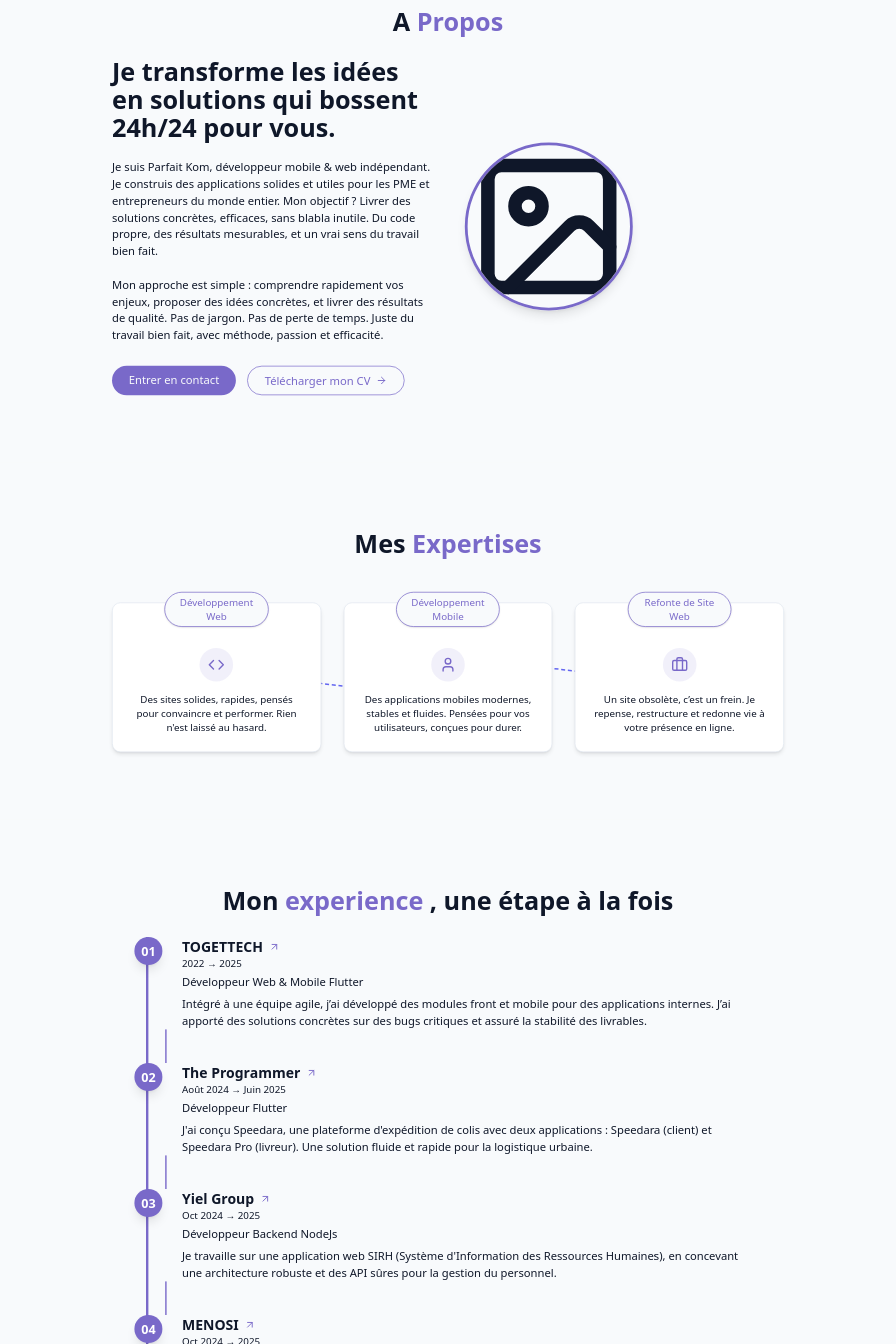
Repository: KOMI18/komi-folio
Page: /
An editor plug-in stored every save of this project. The page is shown before and after the next save, followed by the edit.
The browser window is 1280 px wide. The pictures show the part of the page from y = 822 to 2742 px (the page is 6083 px tall), at 70% of full size.
The project was rebuilt for these pictures with package versions that can differ from the ones it lists, and the page was loaded fresh each time. Also part of the build but not shown: vite.config.js, src/pages/NotFound.jsx.

Above is the page before, as saved 2025-06-27 20:10:51.

After the next save:
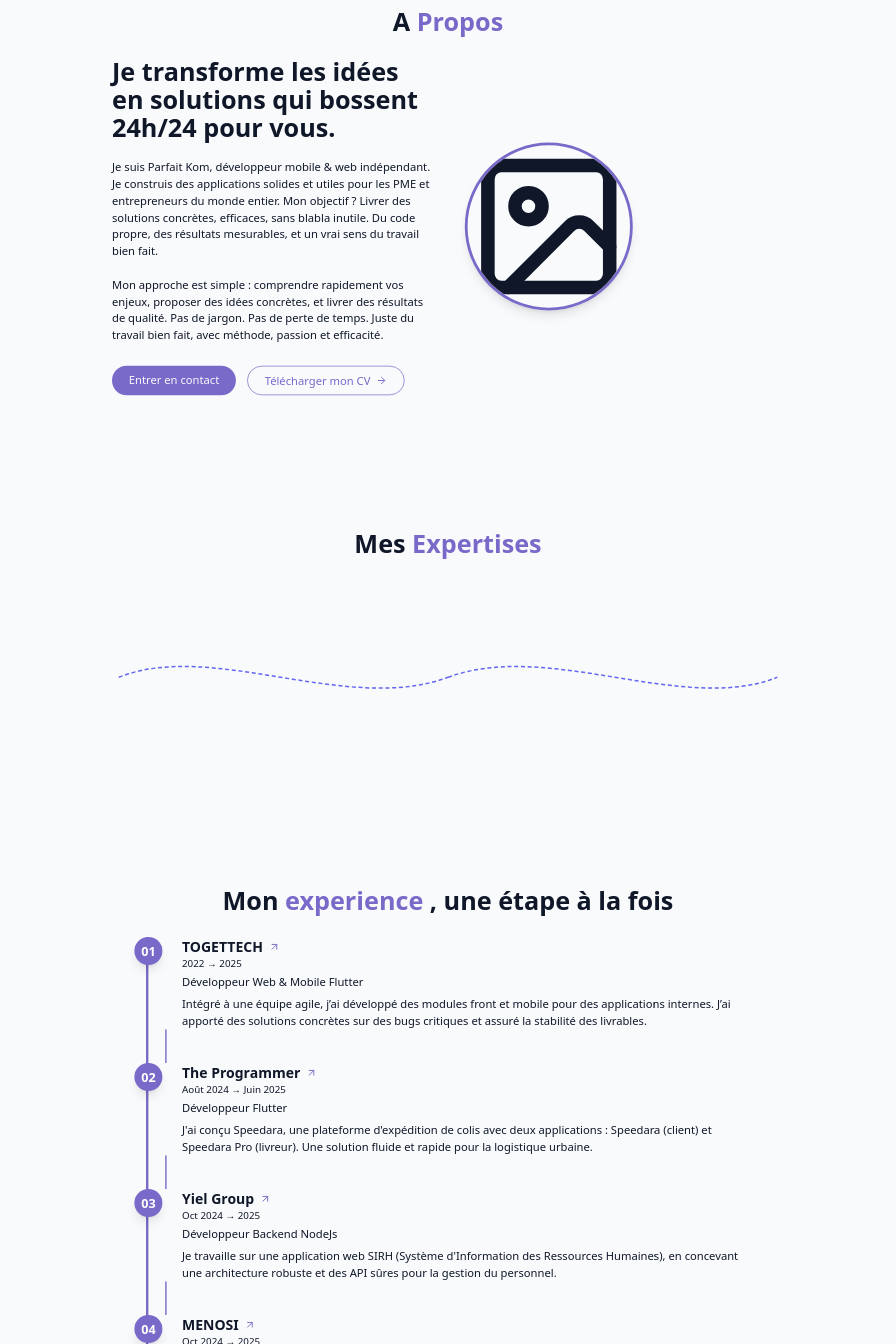
Saved 83 s later.
--- a/src/components/ExpertiseSection.jsx
+++ b/src/components/ExpertiseSection.jsx
@@ -1,3 +1,4 @@
+import { useEffect } from "react";
 import { Code, User, Briefcase } from "lucide-react";
 
 export const ExpertiseSection = () => {
@@ -21,6 +22,25 @@ export const ExpertiseSection = () => {
         "Un site obsolète, c’est un frein. Je repense, restructure et redonne vie à votre présence en ligne."
     }
   ];
+
+  useEffect(() => {
+    const observer = new IntersectionObserver(
+      (entries) => {
+        entries.forEach((entry) => {
+          if (entry.isIntersecting) {
+            entry.target.classList.add("animate-fade-in-up");
+            observer.unobserve(entry.target);
+          }
+        });
+      },
+      { threshold: 0.2 }
+    );
+
+    const cards = document.querySelectorAll(".expertise-card");
+    cards.forEach((card) => observer.observe(card));
+
+    return () => observer.disconnect();
+  }, []);
 
   return (
     <section id="expertise" className="py-24 px-4 bg-background relative">
@@ -55,7 +75,7 @@ export const ExpertiseSection = () => {
           {services.map((service, index) => (
             <div
               key={index}
-              className="relative z-10 bg-card border border-border rounded-xl p-6 shadow-md hover:shadow-lg transition-shadow duration-300"
+              className="expertise-card opacity-0 transition-opacity duration-700 ease-out translate-y-4 relative z-10 bg-card border border-border rounded-xl p-6 shadow-md hover:shadow-lg"
             >
               <div className="absolute -top-4 left-1/2 -translate-x-1/2 bg-background px-3 py-1 rounded-full border border-primary text-primary text-sm font-medium shadow">
                 {service.title}
